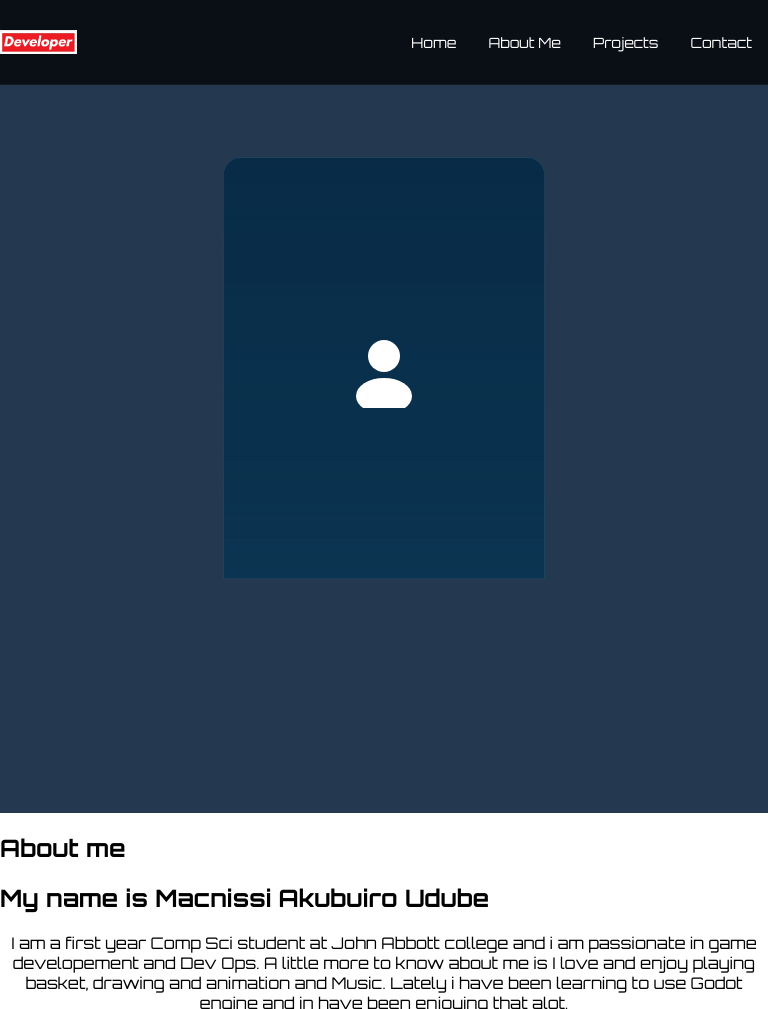
Repository: macnissiudube/macnissiudube
Page: index.html
These files come from the project's save history. The page is drawn as it stood at one moment and after the next save; the edit follows.
The browser window is 768 px wide. The pictures show the part of the page from y = 0 to 1009 px (the page is 2293 px tall before and 5984 px after).
A picture or video elsewhere on the page could not be fetched, so the positions and the page height are approximate.

Above is the page before, as saved 2026-05-16 13:58:52.

After the next save:
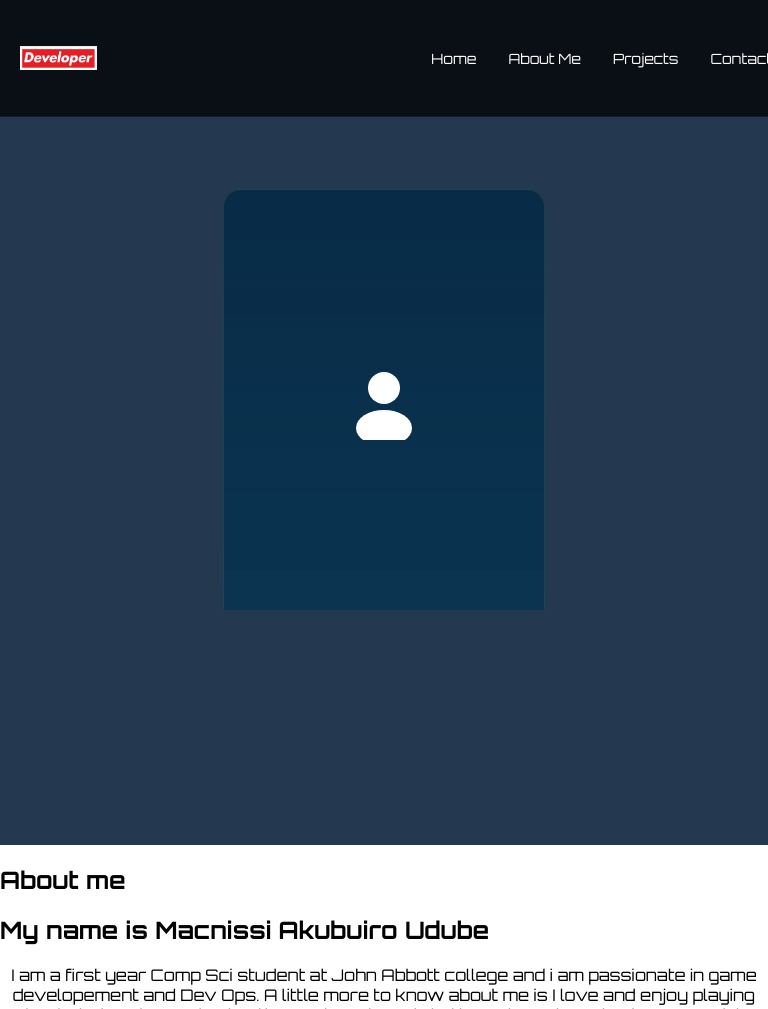
Saved 13 min 1 s later.
--- a/styles/index.css
+++ b/styles/index.css
@@ -319,7 +319,7 @@
        RESPONSIVE — single column on small screens
     ============================================= */
 
-@media (width: 820px) {
+@media (max-width: 820px) {
   nav {
     padding: 16px 20px;
   }
